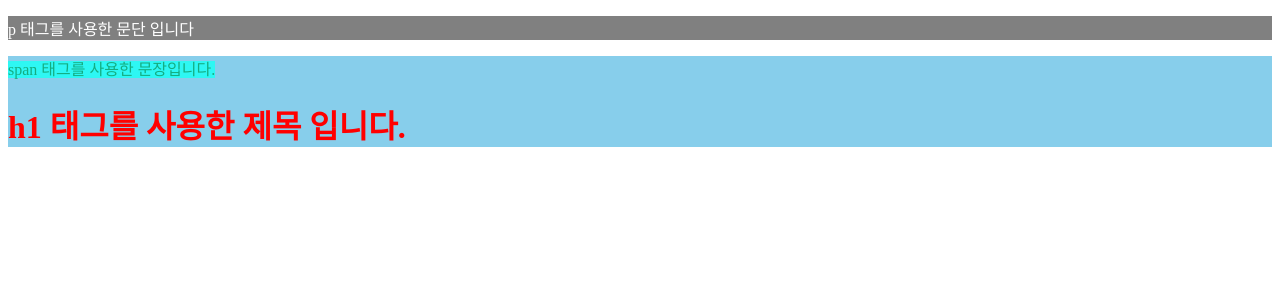
Repository: SeungwanHong/Web-jsp-
Page: 20170413/WebContent/main06.html
These files come from the project's save history. The page is drawn as it stood at one moment and after the next save; the edit follows.
The browser window is 1280 px wide. The pictures show the whole page.

Above is the page before, as saved 2017-04-13 04:31:11.

After the next save:
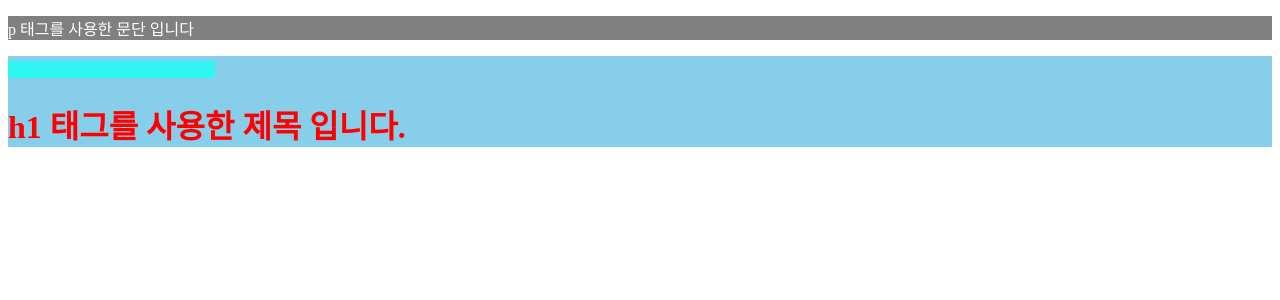
Saved 9 s later.
--- a/20170413/WebContent/main06.html
+++ b/20170413/WebContent/main06.html
@@ -34,7 +34,7 @@
 	}
 	span{
 		background-color: #2EF7F3;
-		color: #15ad81
+		color: #2EF7F3
 	}
 </style>
 
